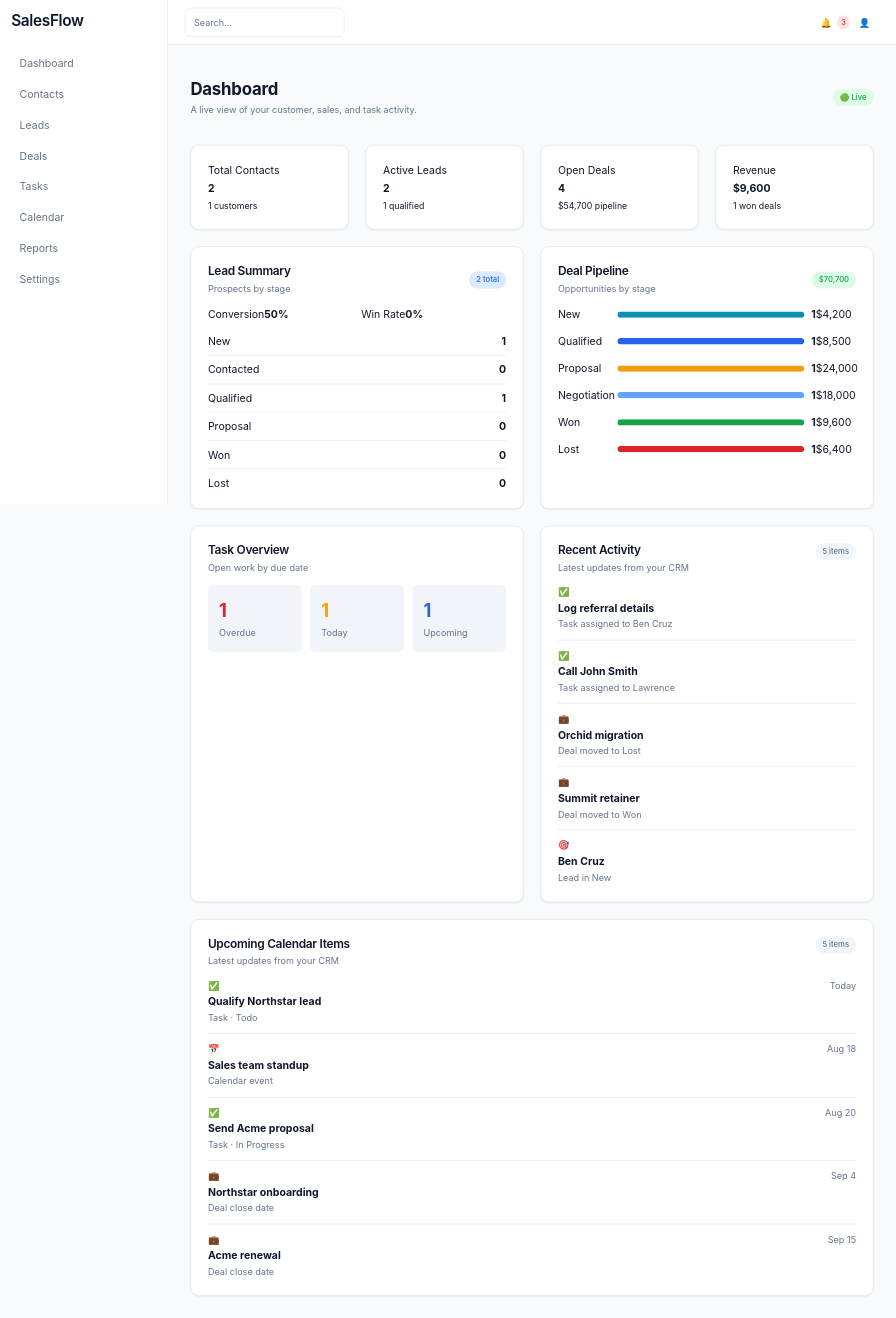
Repository: lawrencegonzaga-dev/salesflow-crm
Page: /
The author's editor kept a copy of each file at every save. The page is drawn from the files as they stood at one save, then again after the next save.
The browser window is 1280 px wide. The pictures show the whole page, at 70% of full size.
The project was rebuilt for these pictures with package versions that can differ from the ones it lists, and the page was loaded fresh each time. Also part of the build but not shown: vite.config.js, src/components/ContactForm.jsx, src/components/ContactRow.jsx, src/components/ContactTable.jsx, src/pages/Contacts.jsx, src/components/LeadForm.jsx, src/components/LeadRow.jsx, src/components/LeadTable.jsx and 20 more.

Above is the page before, as saved 2026-08-18 00:34:42.

### index.html
<!doctype html>
<html lang="en">
  <head>
    <meta charset="UTF-8" />
    <link rel="icon" type="image/svg+xml" href="/favicon.svg" />
    <meta name="viewport" content="width=device-width, initial-scale=1.0" />
    <title>salesflow-crm</title>
  </head>
  <body>
    <div id="root"></div>
    <script type="module" src="/src/main.jsx"></script>
  </body>
</html>

### src/main.jsx
/* ========================================================= */
/* FILE: src/main.jsx */
/* ========================================================= */

import { StrictMode } from 'react';
import { createRoot } from 'react-dom/client';

import "./styles/main.css";
import App from './App.jsx';
import { CRMProvider } from "./context/CRMContext.jsx";

createRoot(document.getElementById('root')).render(
    <StrictMode>
        <CRMProvider>
            <App />
        </CRMProvider>
    </StrictMode>,
);

### src/styles/main.css
@import "./reset.css";
@import "./variables.css";
@import "./base.css";
@import "./layout.css";
@import "./utilities.css";

@import "./components/sidebar.css";
@import "./components/header.css";
@import "./components/toolbar.css";
@import "./components/button.css";
@import "./components/form.css";
@import "./components/card.css";
@import "./components/badge.css";
@import "./components/table.css";
@import "./components/modal.css";
@import "./components/kanban.css";
@import "./components/calendar.css";
@import "./components/leads.css";
@import "./crm.css";

/* main.css */

### src/App.jsx
/* ========================================================= */
/* FILE: src/App.jsx */
/* ========================================================= */

import { BrowserRouter, Routes, Route } from "react-router-dom";

import Dashboard from "./pages/Dashboard";
import Contacts from "./pages/Contacts";
import Leads from "./pages/Leads";
import Deals from "./pages/Deals";
import Tasks from "./pages/Tasks";
import Calendar from "./pages/Calendar";
import Reports from "./pages/Reports";
import Settings from "./pages/Settings";
import AppLayout from "./layouts/AppLayout";

function App() {
    return (
        <BrowserRouter>
            <Routes>
                <Route element={<AppLayout />}>
                    <Route path="/" element={<Dashboard />} />
                    <Route path="/dashboard" element={<Dashboard />} />
                    <Route path="/contacts" element={<Contacts />} />
                    <Route path="/leads" element={<Leads />} />
                    <Route path="/deals" element={<Deals />} />
                    <Route path="/tasks" element={<Tasks />} />
                    <Route path="/calendar" element={<Calendar />} />
                    <Route path="/reports" element={<Reports />} />
                    <Route path="/settings" element={<Settings />} />
                </Route>
            </Routes>
        </BrowserRouter>
    );
}

export default App;

### src/styles/reset.css
*,
*::before,
*::after {
  box-sizing: border-box;
}

html {
  -webkit-text-size-adjust: 100%;
}

body {
  margin: 0;
  background: var(--color-page);
  color: var(--color-text);
  font-family: var(--font-family);
  font-size: 16px;
  line-height: 1.5;

  -webkit-font-smoothing: antialiased;
  text-rendering: optimizeLegibility;
}

#root {
  min-height: 100vh;
}

h1, h2, h3, h4, h5, h6, p {
  margin: 0;
}

img, svg, video {
  display: block;
  max-width: 100%;
}

a {
  color: inherit;
}

### src/styles/utilities.css
.container {
  width: min(100%, var(--content-max-width));
  margin-inline: auto;
}

.visually-hidden {
  position: absolute;
  width: 1px;
  height: 1px;
  padding: 0;
  margin: -1px;
  overflow: hidden;
  clip: rect(0, 0, 0, 0);
  white-space: nowrap;
  border: 0;
}

### src/styles/components/sidebar.css
.app-sidebar {
  width: var(--sidebar-width);
  height: 100vh;

  padding: var(--sidebar-padding);

  display: flex;
  flex-direction: column;

  background: var(--color-surface);
  border-right: 1px solid var(--color-border);
  color: var(--color-text);
}

.app-sidebar h2 {
  margin: 0 0 28px;
  font-size: 22px;
  letter-spacing: -.5px;
}

.sidebar-nav {
  display: flex;
  flex-direction: column;
  gap: 4px;

  overflow-y: auto;
}

.sidebar-nav_item {
  min-height: var(--nav-item-height);

  display: flex;
  align-items: center;

  padding: var(--nav-item-padding);
  gap: var(--nav-item-gap);

  color: var(--color-text-muted);
  text-decoration: none;
  border-radius: var(--radius-sm);

  transition: background var(--transition-fast), color var(--transition-fast);
}

.sidebar-nav_item:hover {
  background: var(--color-surface-muted);
  color: var(--color-text);
}

.sidebar-nav_item.active {
  background: var(--color-action);
  color: white;
}

### src/styles/components/header.css
.app-header {
  height: var(--header-height);

  display: flex;
  align-items: center;
  justify-content: space-between;

  padding: var(--header-padding);

  background: var(--color-surface);
  border-bottom: 1px solid var(--color-border);
  color: var(--color-text);
}

.app-header_left,
.app-header_right {
  display: flex;
  align-items: center;
  gap: var(--header-item-gap);
}

.menu-button {
  display: none;
}

@media (max-width: 768px) {
  .app-header {
    padding: 0 16px;
  }

  .app-header_right {
    display: none;
  }

  .menu-button {
    display: inline-grid;
    width: 40px;
    height: 40px;
    place-items: center;
    padding: 0;
    font-size: 20px;
    border-radius: var(--radius-sm);
  }
}
/* header.css */

### src/styles/components/toolbar.css
/* ========================================================= */
/* FILE: src/styles/components/toolbar.css */
/* ========================================================= */

.toolbar {
  display: flex;
  flex-wrap: wrap;
  align-items: center;
  gap: var(--space-3);
  padding: var(--space-3) var(--space-4);
  background: var(--color-surface);
  border: 1px solid var(--color-border);
  border-radius: var(--radius-lg);
}

.toolbar .search-field {
  flex: 1 1 260px;
  min-width: 160px;
}

.toolbar .search-field input {
  min-height: 38px;
  height: 38px;
  padding-left: var(--space-8);
  background-image: url("data:[embedded picture, 278 characters]");
  background-repeat: no-repeat;
  background-position: var(--space-3) center;
  background-size: 16px;
}

.toolbar .filter-group {
  display: flex;
  align-items: center;
  gap: var(--space-2);
}

.toolbar .filter-group label {
  font-size: var(--text-xs);
  font-weight: var(--font-weight-medium);
  color: var(--color-text-muted);
  white-space: nowrap;
}

.toolbar select {
  min-height: 38px;
  height: 38px;
  min-width: 130px;
}

/* ================================
   TOOLBAR VARIANTS
   ================================ */

.toolbar--compact {
  padding: var(--space-2) var(--space-3);
  gap: var(--space-2);
}

.toolbar--compact select {
  min-height: 34px;
  height: 34px;
  min-width: 110px;
  font-size: var(--text-xs);
}

.toolbar--compact .search-field input {
  min-height: 34px;
  height: 34px;
  font-size: var(--text-xs);
}

/* ================================
   PAGE TOOLBAR
   ================================ */

.page-toolbar {
  display: flex;
  align-items: center;
  justify-content: space-between;
  gap: var(--space-4);
  flex-wrap: wrap;
}

.page-toolbar-left,
.page-toolbar-right {
  display: flex;
  align-items: center;
  gap: var(--space-3);
  flex-wrap: wrap;
}

/* ================================
   RESPONSIVE
   ================================ */

@media (max-width: 768px) {
  .toolbar {
    flex-direction: column;
    align-items: stretch;
  }

  .toolbar .search-field {
    flex: 1 1 auto;
    min-width: auto;
  }

  .toolbar .filter-group {
    flex-wrap: wrap;
  }

  .toolbar select {
    flex: 1 1 auto;
    min-width: auto;
  }

  .page-toolbar {
    flex-direction: column;
    align-items: stretch;
  }

  .page-toolbar-left,
  .page-toolbar-right {
    flex-wrap: wrap;
  }
}

/* toolbar.css */

### src/styles/components/badge.css
/* ========================================================= */
/* FILE: src/styles/components/badge.css */
/* ========================================================= */

.badge {
  display: inline-flex;
  align-items: center;
  gap: var(--space-1);
  min-height: 24px;
  padding: 0 var(--space-2-5);
  font-size: var(--text-xs);
  font-weight: var(--font-weight-medium);
  line-height: 1;
  border-radius: var(--radius-full);
  white-space: nowrap;
  transition: all var(--transition-fast);
}

/* ================================
   BADGE VARIANTS
   ================================ */

.badge--primary {
  color: var(--color-action);
  background: var(--color-action-light);
}

.badge--success {
  color: var(--color-success);
  background: var(--color-success-light);
}

.badge--warning {
  color: var(--color-warning);
  background: var(--color-warning-light);
}

.badge--danger {
  color: var(--color-danger);
  background: var(--color-danger-light);
}

.badge--info {
  color: var(--color-info);
  background: var(--color-info-light);
}

.badge--neutral {
  color: var(--color-text-muted);
  background: var(--color-surface-muted);
}

.badge--dark {
  color: var(--color-text-inverse);
  background: var(--color-text);
}

/* ================================
   BADGE SIZES
   ================================ */

.badge--sm {
  min-height: 20px;
  padding: 0 var(--space-1-5);
  font-size: 10px;
}

.badge--lg {
  min-height: 28px;
  padding: 0 var(--space-3-5);
  font-size: var(--text-sm);
}

/* ================================
   DOT BADGE
   ================================ */

.badge--dot {
  padding-left: var(--space-1-5);
}

.badge--dot::before {
  content: "";
  display: inline-block;
  width: 6px;
  height: 6px;
  border-radius: 50%;
  margin-right: var(--space-1);
}

.badge--primary.badge--dot::before {
  background: var(--color-action);
}

.badge--success.badge--dot::before {
  background: var(--color-success);
}

.badge--warning.badge--dot::before {
  background: var(--color-warning);
}

.badge--danger.badge--dot::before {
  background: var(--color-danger);
}

/* ================================
   BADGE WITH COUNT
   ================================ */

.badge--count {
  min-width: 24px;
  justify-content: center;
  padding: 0 var(--space-1-5);
  border-radius: var(--radius-full);
  font-size: var(--text-xs);
  font-weight: var(--font-weight-bold);
}

/* badge.css */

### src/styles/components/kanban.css
/* Canonical kanban board + deal card styles.
   This file is the single source of truth for these selectors —
   they were previously duplicated (with conflicting values) in
   the page-specific stylesheet. */

.kanban-board {
  display: grid;
  grid-template-columns: repeat(6, minmax(0, 1fr));
  gap: 12px;

  width: 100%;
  min-width: 1360px;


  padding-bottom: 8px;
}

.kanban-column {
  min-width: 0px;
  padding: 12px;

  background: var(--color-surface-muted);
  border-radius: var(--radius-md);
}

.kanban-column_header {
  display: flex;
  align-items: center;
  justify-content: space-between;

  gap: 12px;
  margin-bottom: 12px;
}

.kanban-column_header h2 {
  margin: 0;
  font-size: var(--text-base);
}

.kanban-column_body {
  display: flex;
  flex-direction: column;
  gap: 12px;

  min-height: 120px;
}

.deal-card {
  display: grid;
  gap: 6px;

  padding: 12px;

  background: var(--color-surface);
  border: 1px solid var(--color-border);
  border-radius: var(--radius-sm);

  transition: box-shadow var(--transition-fast);
}

.deal-card:hover {
  box-shadow: var(--shadow-sm);
}

.deal-card h3 {
  margin: 0;
  font-size: var(--text-base);
  line-height: 1.4;
}

.deal-card p {
  margin: 0;
  color: var(--color-text-muted);
  font-size: var(--text-sm);
  line-height: 1.5;
}

.deal-card strong {
  margin-top: 4px;
  color: var(--color-action);
  font-size: var(--text-lg);
  line-height: 1.4;
}

.deal-card small {
  color: var(--color-text-muted);
  font-size: var(--text-xs);
  line-height: 1.5;
}

.deal-card .row-actions {
  display: flex;
  flex-wrap: wrap;
  align-items: center;
  gap: 8px;

  margin-top: 6px;
}

.deal-card .row-actions button {
  min-height: 32px;
  padding: 6px 8px;
  white-space: nowrap;
}

.deal-card .button--danger {
  color: var(--color-danger);
}

.kanban-empty {
  margin: 8px 0;

  padding: 20px;

  border: 1px dashed var(--color-border);
  border-radius: var(--radius-md);

  color: var(--color-text-muted);
  font-size: var(--text-sm);
  text-align: center;
}

.kanban-column--drop-target {
  border: 2px dashed var(--color-action);
  background: color-mix(
    in srgb,
    var(--color-action) 6%,
    var(--color-surface-muted)
  );
}

.deal-card {
  cursor: grab;
}

.deal-card:active {
  cursor: grabbing;
}

@media (max-width: 768px) {
  .kanban-board {
    grid-template-columns: repeat(6, minmax(220px, 1fr));
    gap: 16px;
  }

  .kanban-column {
    min-width: 220px;
  }

  .deal-card {
    padding: 14px;
  }
}

### src/styles/components/calendar.css
.calendar {
  width: 100%;
  min-width: 700px;
  border: 1px solid var(--color-border);
  border-radius: var(--radius-md);
  overflow: hidden;
}

.calendar_header {
  min-height: 48px;
  display: grid;
  grid-template-columns: repeat(7, 1fr);

  border: 1px solid var(--color-border);
}

.calendar_day-name {
  min-height: 48px;

  display: flex;
  align-items: center;
  justify-content: center;

  padding-inline: 8px;

  font-size: 12px;
  font-weight: 600;
  color: var(--color-text-muted);
}

.calendar_grid {
  display: grid;
  grid-template-columns: repeat(7, 1fr);
}

.calendar_day {
  min-height: 100px;
  padding: 8px;

  border-right: 1px solid var(--color-border);
  border-left: 1px solid var(--color-border);
  border-bottom: 1px solid var(--color-border);

  transition: background var(--transition-fast);
}

.calendar_day:hover {
  background: var(--color-surface-muted);
}

.calendar_date {
  font-size: 14px;
}

.calendar-toolbar {
  display: flex;
  align-items: center;
  justify-content: space-between;
  gap: 16px;
}

.calendar-toolbar__actions {
  display: flex;
  flex-wrap: wrap;
  align-items: center;
  gap: 8px;
}

.calendar-month {
  min-width: 150px;
  text-align: center;
}

.calendar_day--outside {
  background: var(--color-surface-muted);
  color: var(--color-text-muted);
}

.calendar_day--today .calendar_date {
  display: inline-grid;
  width: 24px;
  height: 24px;
  place-items: center;
  color: #fff;
  background: var(--color-action);
  border-radius: 50%;
}

.calendar_day-events {
  display: grid;
  gap: 4px;
  margin-top: 7px;
}

.calendar-event {
  display: flex;
  overflow: hidden;
  align-items: center;
  border-radius: 4px;
  font-size: 11px;
}

.calendar-event__title {
  flex: 1;
  min-width: 0;
  height: auto;
  padding: 3px 5px;
  overflow: hidden;
  text-align: left;
  text-overflow: ellipsis;
  white-space: nowrap;
  border: 0;
  border-radius: 0;
}

.calendar-event__delete {
  min-height: 20px;
  padding: 0 4px;
  border: 0;
  border-radius: 0;
}

.calendar-event__delete:hover {
  color: var(--color-danger);
}

.calendar-event--task {
  background: color-mix(in srgb, var(--color-action) 20%, white);
}

.calendar-event--deal {
  background: color-mix(in srgb, var(--color-success) 20%, white);
}

.calendar-event--event {
  background: color-mix(in srgb, #a855f7 20%, white);
}

@media (max-width: 768px) {
  .calendar-toolbar {
    align-items: flex-start;
    flex-direction: column;
  }

  .calendar {
    overflow-x: auto;
  }
}

### src/styles/components/leads.css
.lead-pipeline {
  display: grid;
  grid-template-columns: repeat(6, minmax(190px, 1fr));
  gap: 12px;
  overflow-x: auto;
  padding: 4px 0 16px;
}

.lead-pipeline__stage {
  min-width: 190px;
  background: var(--color-surface-muted);
  border: 1px solid var(--color-border);
  border-radius: var(--radius-md);
  padding: 12px;
   min-height: 200px;
}

.lead-pipeline__stage header {
  display: flex;
  align-items: center;
  justify-content: space-between;
}

.lead-pipeline__stage h2 {
  font-size: 15px;
  margin: 0;
}

.lead-pipeline__stage header span {
  border-radius: var(--radius-full);
  background: var(--color-border);
  padding: 2px 8px;
  font-size: 12px;
}

.lead-pipeline__items {
  display: grid;
  gap: 8px;
  margin-top: 12px;
}

.lead-pipeline__card {
  display: block;
  width: 100%;
  text-align: left;
  padding: 12px;
  min-height: 90px;
  background: var(--color-surface);
  border: 1px solid var(--color-border);
  border-radius: var(--radius-sm);
  cursor: pointer;
  color: inherit;
  transition: border-color var(--transition-fast);
}

.lead-pipeline__card:hover,
.lead-pipeline__card:focus-visible {
  border-color: var(--color-action);
  outline: none;
}

.lead-pipeline__card h3 {
  margin: 0 0 4px;
  font-size: 14px;
}

.lead-pipeline__card p {
  font-size: 12px;
  margin: 2px 0;
  color: var(--color-text-muted);
}

.lead-table-wrap {
  overflow-x: auto;
}

.lead-table__empty {
  padding: 32px;
  text-align: center;
  color: var(--color-text-muted);
}

.lead-stage {
  display: inline-block;
  border-radius: var(--radius-full);
  background: color-mix(in srgb, var(--color-action) 12%, transparent);
  color: var(--color-action);
  padding: 2px 8px;
  font-size: 12px;
}
/* leads.css */

### src/layouts/AppLayout.jsx
/* ========================================================= */
/* FILE: src/layouts/AppLayout.jsx */
/* ========================================================= */

import { useState } from "react";
import { Outlet } from "react-router-dom";

import Sidebar from "../components/Sidebar";
import Header from "../components/Header";

function AppLayout() {
    const [isNavigationOpen, setIsNavigationOpen] = useState(false);

    return (
        <div className="app-layout">
            <Sidebar
                isOpen={isNavigationOpen}
                onNavigate={() => setIsNavigationOpen(false)}
            />

            <Header
                isNavigationOpen={isNavigationOpen}
                onMenuToggle={() => setIsNavigationOpen((isOpen) => !isOpen)}
            />

            <main className="app-main">
                <div className="app-main-content">
                    <Outlet />
                </div>
            </main>

            {isNavigationOpen && (
                <button
                    className="navigation-backdrop"
                    type="button"
                    aria-label="Close navigation"
                    onClick={() => setIsNavigationOpen(false)}
                />
            )}
        </div>
    );
}

export default AppLayout;

### src/components/StatCard.jsx
function StatCard({ label, value, detail }) {
    return <article className="stat-card"><span>{label}</span><strong>{value}</strong><small>{detail}</small></article>;
}

export default StatCard;

### src/components/DashboardTasks.jsx
    function DashboardTasks({ overdue, today, upcoming }) {
        const groups = [["Overdue", overdue, "dashboard-task--overdue"], ["Today", today, "dashboard-task--today"], ["Upcoming", upcoming, "dashboard-task--upcoming"]];
        return <article className="card"><div className="card_header"><div><h2 className="card-title">Task Overview</h2><p className="body-text">Open work by due date</p></div></div><div className="dashboard-task-groups">{groups.map(([label, tasks, className]) => <div className={`dashboard-task-group ${className}`} key={label}><strong>{tasks.length}</strong><span>{label}</span></div>)}</div></article>;
    }

    export default DashboardTasks;

### src/components/Sidebar.jsx
import { NavLink } from "react-router-dom";
import navigation from "../data/navigation";

function Sidebar({ isOpen, onNavigate }) {
    return (
        <aside className={`app-sidebar ${isOpen ? "app-sidebar--open" : ""}`}>
            <h2>SalesFlow</h2>

            <nav className="sidebar-nav">
                {navigation.map((item) => (
                    <NavLink
                        key={item.path}
                        to={item.path}
                        className="sidebar-nav_item"
                        onClick={onNavigate}
                    >
                        {item.label}
                    </NavLink>
                ))}
            </nav>
        </aside>
    );
}

export default Sidebar;

### src/components/Header.jsx
/* ========================================================= */
/* FILE: src/components/Header.jsx */
/* ========================================================= */

import { useState } from "react";

function Header({ isNavigationOpen, onMenuToggle }) {
    const [searchQuery, setSearchQuery] = useState("");

    return (
        <header className="app-header">
            <div className="app-header-left">
                <button
                    className="menu-button"
                    type="button"
                    aria-label="Toggle navigation"
                    aria-expanded={isNavigationOpen}
                    onClick={onMenuToggle}
                >
                    ☰
                </button>

                <div className="header-search">
                    <input
                        type="text"
                        placeholder="Search..."
                        value={searchQuery}
                        onChange={(e) => setSearchQuery(e.target.value)}
                        className="header-search-input"
                    />
                </div>
            </div>

            <div className="app-header-right">
                <button className="button button--ghost button--icon" aria-label="Notifications">
                    🔔
                    <span className="badge badge--danger badge--sm">3</span>
                </button>
                <button className="button button--ghost button--icon" aria-label="Profile">
                    👤
                </button>
            </div>
        </header>
    );
}

export default Header;

Loaded but not shown: src/data/navigation.js (48 lines, source omitted); src/styles/crm.css (441 lines, source omitted); src/pages/Dashboard.jsx (173 lines, source omitted); src/context/CRMContext.jsx (129 lines, source omitted); src/styles/variables.css (230 lines, source omitted); src/styles/components/form.css (194 lines, source omitted); src/styles/layout.css (206 lines, source omitted); src/components/DashboardLeads.jsx (94 lines, source omitted); src/styles/components/button.css (158 lines, source omitted); src/styles/components/table.css (162 lines, source omitted); src/styles/components/modal.css (157 lines, source omitted); src/components/DashboardDeals.jsx (79 lines, source omitted); src/components/RecentActivity.jsx (86 lines, source omitted); src/styles/base.css (167 lines, source omitted); src/styles/components/card.css (147 lines, source omitted)

After the next save:
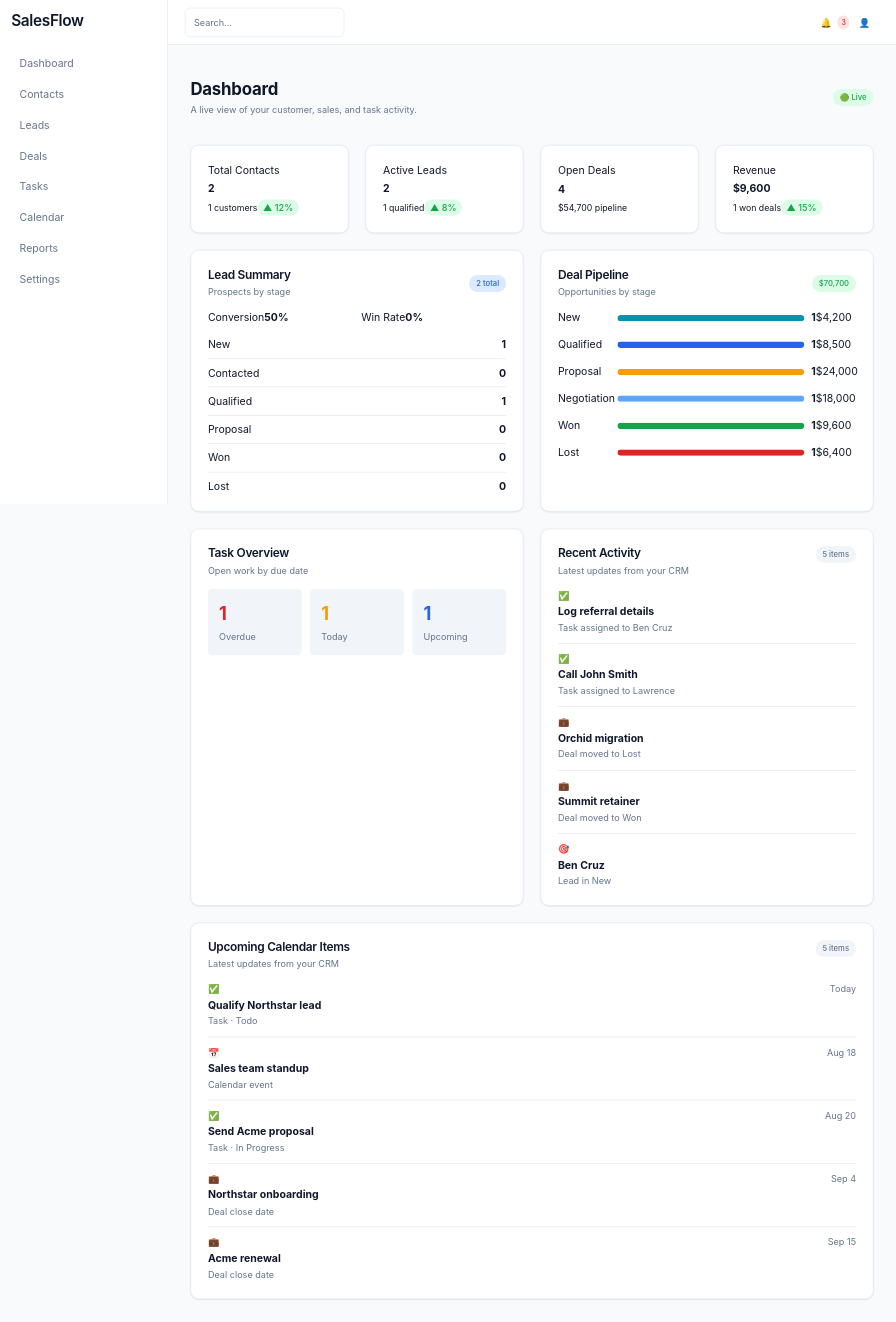
Saved 27 s later.
--- a/src/components/StatCard.jsx
+++ b/src/components/StatCard.jsx
@@ -1,5 +1,18 @@
-function StatCard({ label, value, detail }) {
-    return <article className="stat-card"><span>{label}</span><strong>{value}</strong><small>{detail}</small></article>;
+function StatCard({ label, value, detail, trend }) {
+    return (
+        <article className="stat-card">
+            <span>{label}</span>
+            <strong>{value}</strong>
+            <div className="stat-card__footer">
+                <small>{detail}</small>
+                {trend && (
+                    <span className={`stat-change stat-change--${trend.direction === "up" ? "positive" : "negative"}`}>
+                        {trend.direction === "up" ? "▲" : "▼"} {trend.value}%
+                    </span>
+                )}
+            </div>
+        </article>
+    );
 }
 
 export default StatCard;
